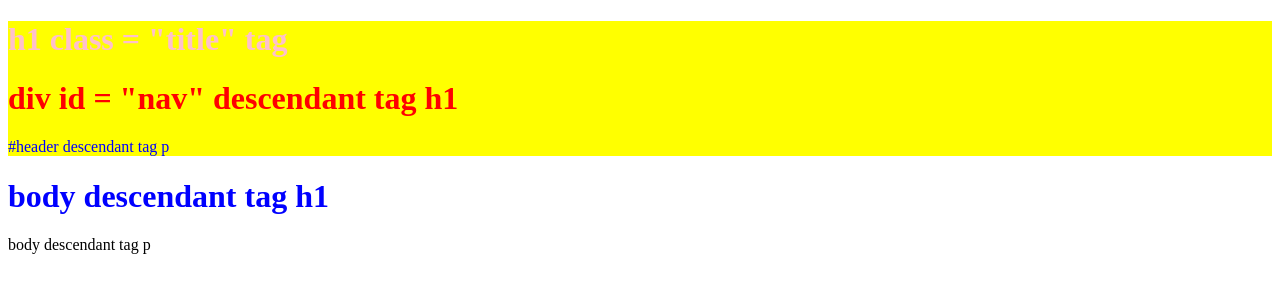
Repository: LucestDail/WebEclipse-Workspace
Page: htmlProject/WebContent/cssEx4.html
The author's editor kept a copy of each file at every save. The page is drawn from the files as they stood at one save, then again after the next save.
The browser window is 1280 px wide. The pictures show the whole page.

Above is the page before, as saved 2020-11-06 06:00:56.

After the next save:
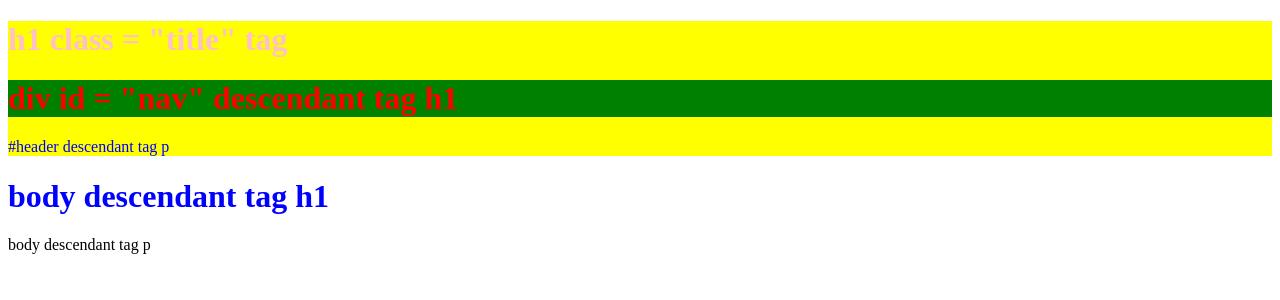
Saved 3 min 37 s later.
--- a/htmlProject/WebContent/cssEx4.html
+++ b/htmlProject/WebContent/cssEx4.html
@@ -17,6 +17,9 @@
 	div{
 		background:yellow;
 	}
+	#header #nav{
+	background:green;
+	}
 
 </style>
 </head>
